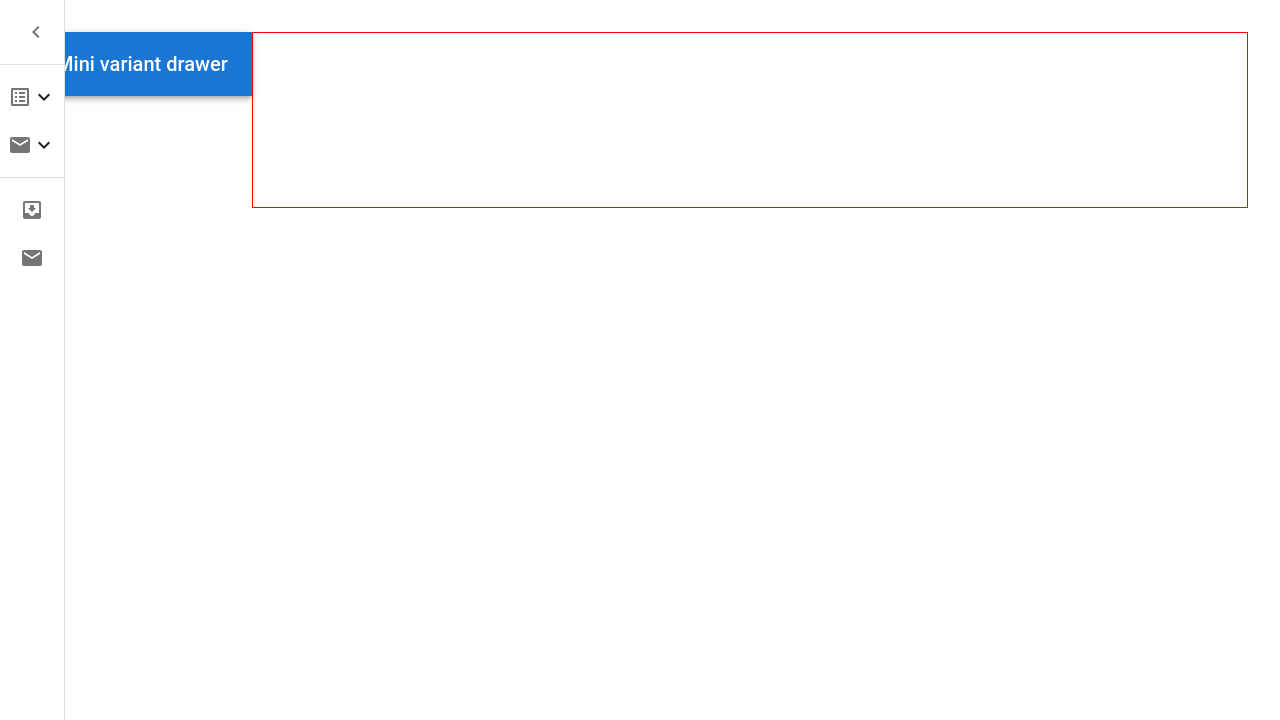
Repository: Vijay-Singh1/office-tools
Page: /
An editor plug-in stored every save of this project. The page is shown before and after the next save, followed by the edit.
The browser window is 1280 px wide. The pictures show the whole page.
The project was rebuilt for these pictures with package versions that can differ from the ones it lists, and the page was loaded fresh each time. Also part of the build but not shown: vite.config.ts, src/FormBuilderApp/src/pages/FormBuilderHome.tsx, src/FormBuilderApp/src/pages/CreateForm.tsx, src/FormBuilderApp/src/pages/OpenForms.tsx.

Above is the page before, as saved 2024-09-03 21:32:24.

After the next save:
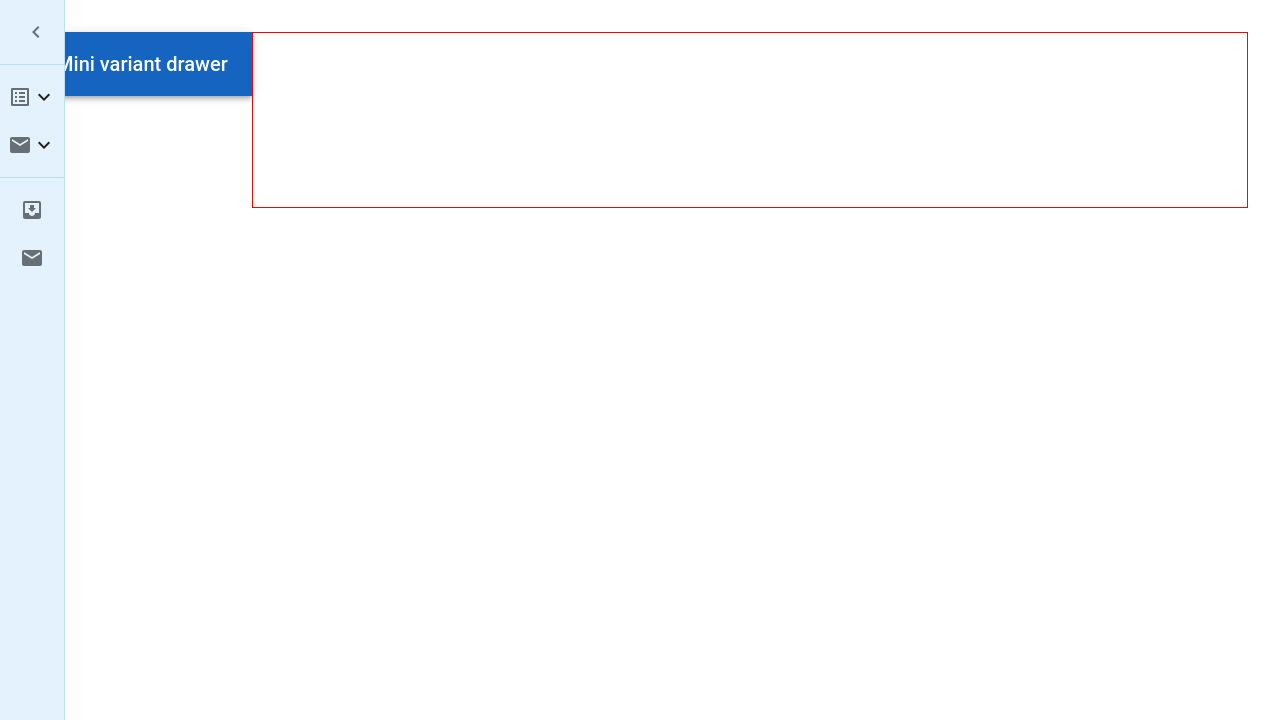
Saved 10 min 4 s later.
--- a/src/appTheme/appTheme.ts
+++ b/src/appTheme/appTheme.ts
@@ -1,38 +1,88 @@
-// src/theme.ts
-import { createTheme, ThemeOptions } from '@mui/material/styles';
+// src/theme/theme.js
 
-const themeOptions: ThemeOptions = {
+import { createTheme } from '@mui/material/styles';
+import { blue, amber, red, orange, green, grey } from '@mui/material/colors';
+
+const theme = createTheme({
   palette: {
     primary: {
-      main: '#1976d2',
-
+      light: blue[300], // Light shade for hover effects, etc.
+      main: blue[600],  // Main primary color
+      dark: blue[800],  // Dark shade for contrast
+      contrastText: '#ffffff',
     },
     secondary: {
-      main: '#dc004e',
+      light: blue[200], // Light blue as a secondary color
+      main: blue[400],  // A mid-range blue for secondary actions
+      dark: blue[700],  // Darker shade for emphasis
+      contrastText: '#ffffff',
     },
+    error: {
+      main: red[500],
+    },
+    warning: {
+      main: orange[500],
+    },
+    info: {
+      main: blue[300],
+    },
+    success: {
+      main: green[500],
+    },
+    background: {
+      default: '#ffffff',
+      paper: blue[50], // Very light blue background for paper components
+    },
+    text: {
+      primary: grey[900],
+      secondary: blue[800], // Dark blue text for secondary elements
+    },
+    action: {
+      hover: blue[100], // Light blue on hover
+      selected: blue[50], // Even lighter blue when an item is selected
+      disabledBackground: blue[50], // Light blue background for disabled items
+      disabled: grey[400], // Disabled text color
+    },
+    divider: blue[100], // Light blue for dividers and borders
   },
   typography: {
     fontFamily: 'Roboto, Arial, sans-serif',
     h1: {
-      fontSize: '2.5rem',
-      fontWeight: 500,
+      fontWeight: 700,
+      color: blue[800], // Dark blue for headings
     },
-    body1: {
-      fontSize: '1rem',
+    h2: {
+      fontWeight: 700,
+      color: blue[700], // Slightly lighter for sub-headings
     },
   },
   components: {
     MuiButton: {
       styleOverrides: {
         root: {
-          textTransform: 'none',
-          borderRadius: '8px',
+          borderRadius: 8,
+          '&:hover': {
+            backgroundColor: blue[700], // Darker blue on hover
+          },
         },
       },
     },
+    MuiAppBar: {
+      styleOverrides: {
+        colorPrimary: {
+          backgroundColor: blue[800], // Darker shade for AppBar
+        },
+      },
+    },
+    MuiPaper: {
+      styleOverrides: {
+        root: {
+          backgroundColor: blue[50], // Very light blue for paper components
+        },
+      },
+    },
+    // Add more component customizations as needed
   },
-};
-
-const theme = createTheme(themeOptions);
+});
 
 export default theme;
